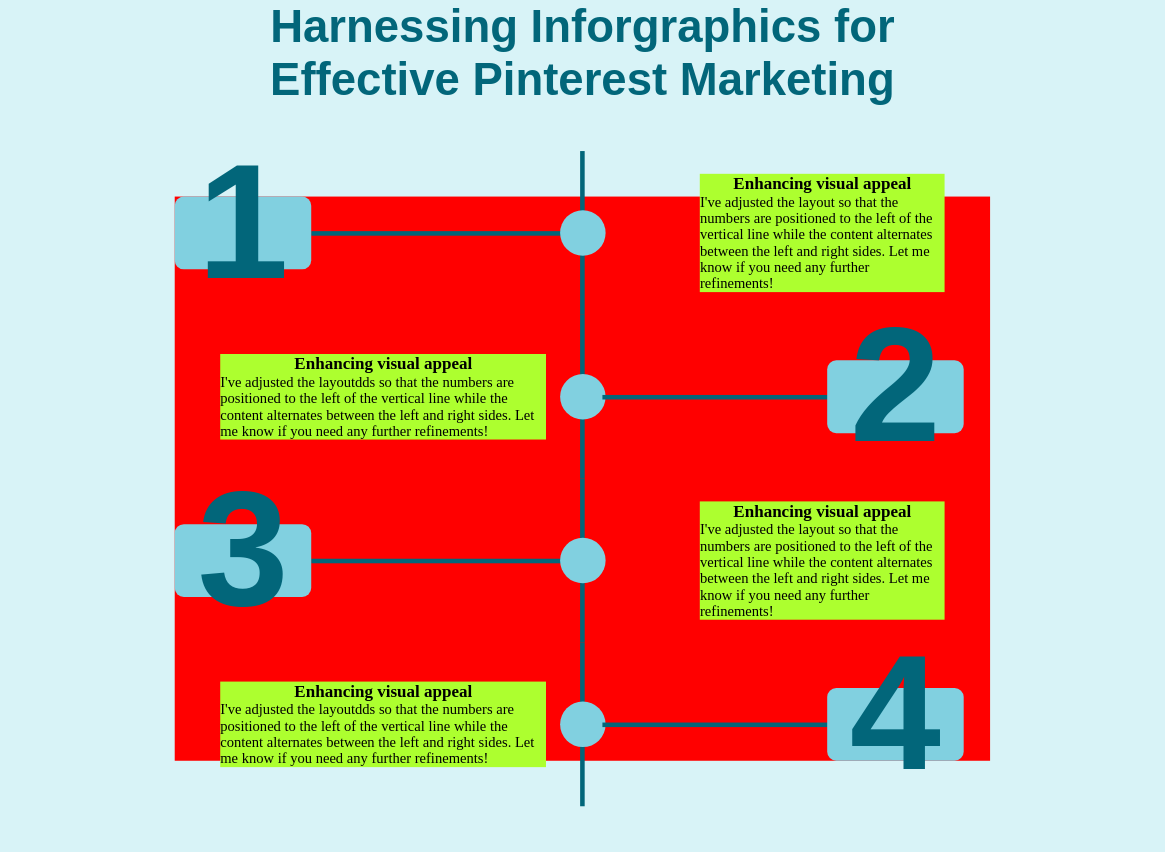
Repository: ayushrajput545/InforGraphic-page
Page: index.html
An editor plug-in stored every save of this project. The page is shown before and after the next save, followed by the edit.
The browser window is 1280 px wide. The pictures show the whole page, at 91% of full size.
Some web fonts or font styles are not loaded; a fallback is used.

Above is the page before, as saved 2025-04-01 23:41:32.

After the next save:
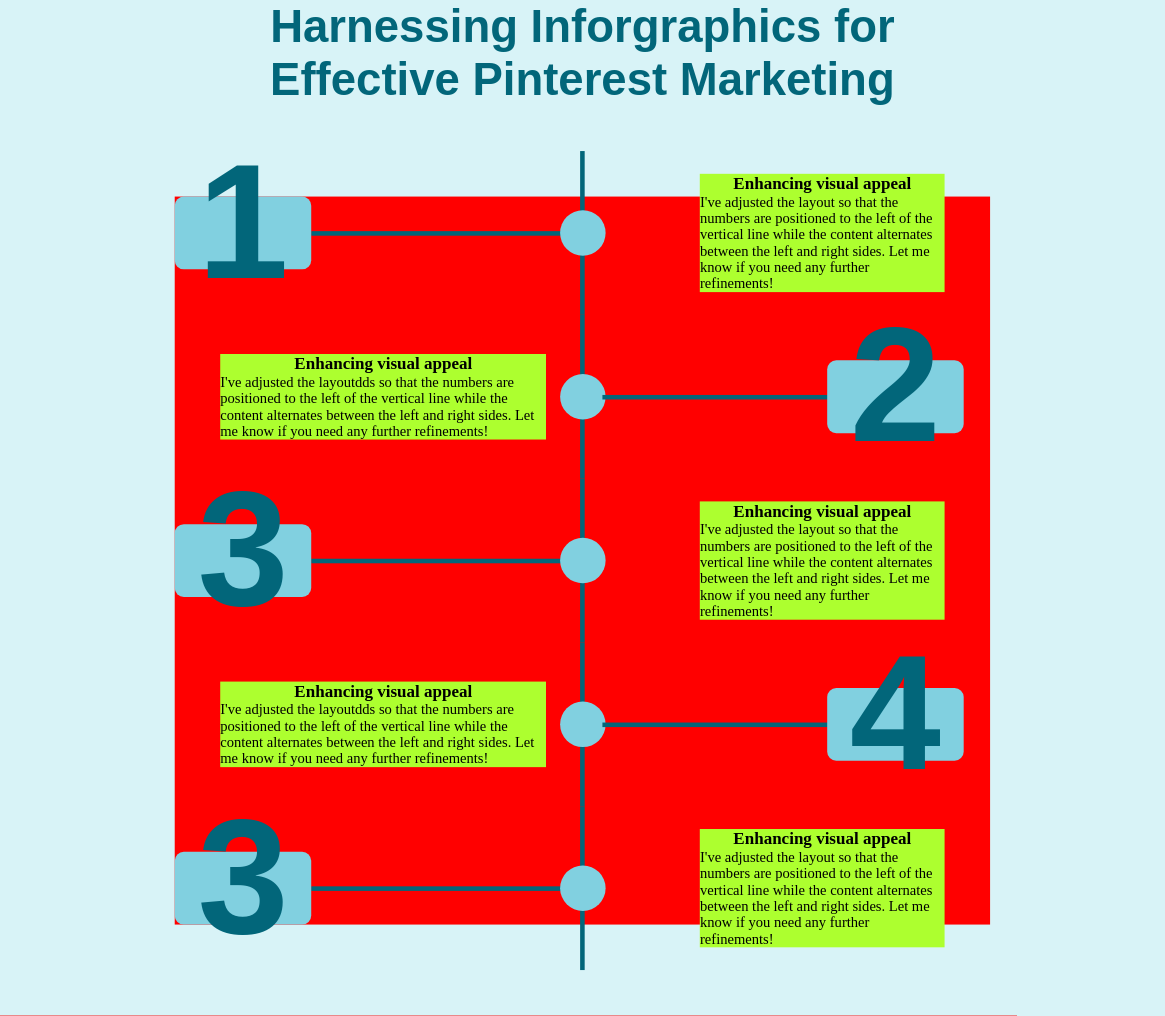
Saved 9 s later.
--- a/index.html
+++ b/index.html
@@ -82,6 +82,19 @@
 
 
         <!-- Step 5 -->
+        <div class="content-steps-odd">
+            <div class="overlap">
+                <h1 class="steps">3</h1>
+            </div>
+            <div class="line-horizontal"></div>
+            <div class="line-vertical">
+                <div class="circle"></div>
+            </div>
+            <div class="content-right">
+                <h3 id="content-header">Enhancing visual appeal</h3>
+                <p>I've adjusted the layout so that the numbers are positioned to the left of the vertical line while the content alternates between the left and right sides. Let me know if you need any further refinements!</p>
+            </div>
+        </div>
 
 
 
